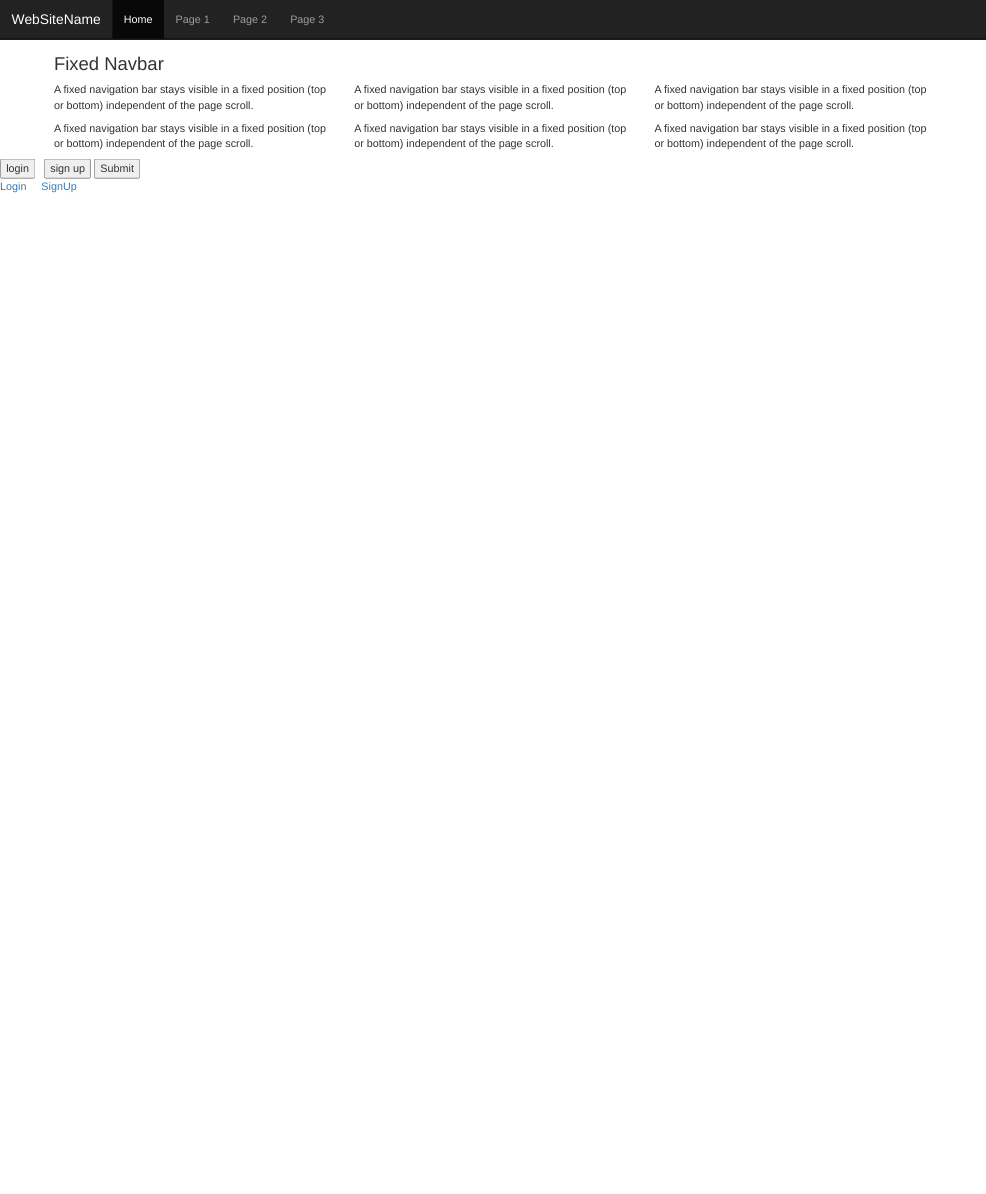
Repository: sravanreddy234/moreProject
Page: moreProject/WebContent/Home.html
These files come from the project's save history. The page is drawn as it stood at one moment and after the next save; the edit follows.
The browser window is 1280 px wide. The pictures show the whole page, at 77% of full size.
Some web libraries are served in a nearby version.

Above is the page before, as saved 2017-07-22 07:43:15.

### moreProject/WebContent/Home.html
<!-- <!DOCTYPE html>
<html>
<head>
<meta charset="ISO-8859-1">
<title>MoreStore|HOME</title>
</head>
<body>

	<form action="UserServlet" method="post">

	<input type="button" value="login"> &nbsp;
	<input type="button" value="sign up">

	<input type="submit" value="Submit">
	</form>

	<a href="Login.html">Login</a> &#160; &#160;
	<a href="SignUp.html">SignUp</a>

</body>
</html> -->

<!DOCTYPE html>
<html lang="en">
<head>
  <title>MoreStore|HOME</title>
  <meta charset="utf-8">
  <meta name="viewport" content="width=device-width, initial-scale=1">
  <!-- <link rel="stylesheet" href="css/bootstrap.min.css">
  <script src="js/jquery-3.2.1.min.js"></script>
  <script src="js/bootstrap.min.js"></script> -->

  <link rel="stylesheet" href="https://maxcdn.bootstrapcdn.com/bootstrap/3.3.7/css/bootstrap.min.css">
  <script src="https://ajax.googleapis.com/ajax/libs/jquery/3.2.1/jquery.min.js"></script>
  <script src="https://maxcdn.bootstrapcdn.com/bootstrap/3.3.7/js/bootstrap.min.js"></script>
</head>
<body style="height:1500px">

<nav class="navbar navbar-inverse navbar-fixed-top">
  <div class="container-fluid">
    <div class="navbar-header">
      <a class="navbar-brand" href="#">WebSiteName</a>
    </div>
    <ul class="nav navbar-nav">
      <li class="active"><a href="#">Home</a></li>
      <li><a href="#">Page 1</a></li>
      <li><a href="#">Page 2</a></li>
      <li><a href="#">Page 3</a></li>
    </ul>
  </div>
</nav>

<div class="container" style="margin-top:50px">
  <h3>Fixed Navbar</h3>
  <div class="row">
    <div class="col-md-4">
      <p>A fixed navigation bar stays visible in a fixed position (top or bottom) independent of the page scroll.</p>
      <p>A fixed navigation bar stays visible in a fixed position (top or bottom) independent of the page scroll.</p>
    </div>
    <div class="col-md-4">
      <p>A fixed navigation bar stays visible in a fixed position (top or bottom) independent of the page scroll.</p>
      <p>A fixed navigation bar stays visible in a fixed position (top or bottom) independent of the page scroll.</p>
    </div>
    <div class="col-md-4">
      <p>A fixed navigation bar stays visible in a fixed position (top or bottom) independent of the page scroll.</p>
      <p>A fixed navigation bar stays visible in a fixed position (top or bottom) independent of the page scroll.</p>
    </div>
  </div>
</div>




<form action="UserServlet" method="post">

	<input type="button" value="login"> &nbsp;
	<input type="button" value="sign up">

	<input type="submit" value="Submit">
	</form>

	<a href="Login.html">Login</a> &#160; &#160;
	<a href="SignUp.html">SignUp</a>
	</body>

</html>

After the next save:
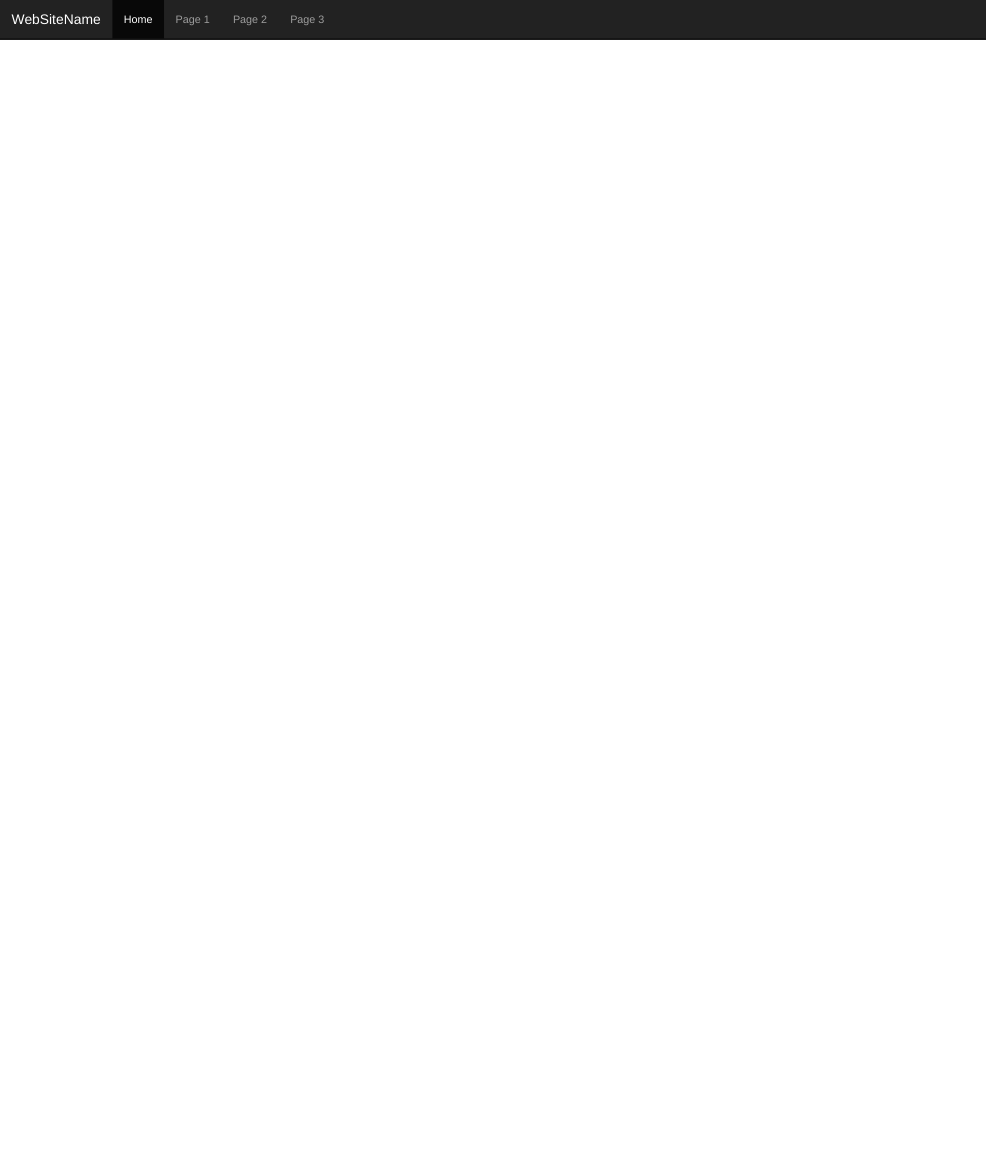
Saved 100 s later.
--- a/moreProject/WebContent/Home.html
+++ b/moreProject/WebContent/Home.html
@@ -50,23 +50,7 @@
   </div>
 </nav>
 
-<div class="container" style="margin-top:50px">
-  <h3>Fixed Navbar</h3>
-  <div class="row">
-    <div class="col-md-4">
-      <p>A fixed navigation bar stays visible in a fixed position (top or bottom) independent of the page scroll.</p>
-      <p>A fixed navigation bar stays visible in a fixed position (top or bottom) independent of the page scroll.</p>
-    </div>
-    <div class="col-md-4">
-      <p>A fixed navigation bar stays visible in a fixed position (top or bottom) independent of the page scroll.</p>
-      <p>A fixed navigation bar stays visible in a fixed position (top or bottom) independent of the page scroll.</p>
-    </div>
-    <div class="col-md-4">
-      <p>A fixed navigation bar stays visible in a fixed position (top or bottom) independent of the page scroll.</p>
-      <p>A fixed navigation bar stays visible in a fixed position (top or bottom) independent of the page scroll.</p>
-    </div>
-  </div>
-</div>
+
 
 
 
